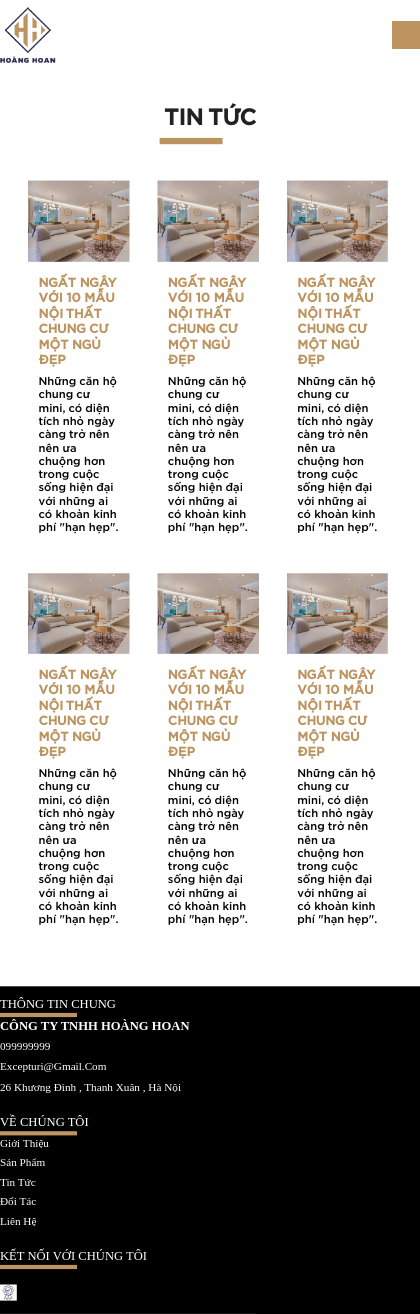
Repository: LDDUNG2003/front_end
Page: news.html
The author's editor kept a copy of each file at every save. The page is drawn from the files as they stood at one save, then again after the next save.
The browser window is 600 px wide. The pictures show the part of the page from y = 0 to 2240 px (the page is 1877 px tall before and 4362 px after), at 70% of full size.

Above is the page before, as saved 2023-08-29 21:45:17.

### news.html
<!DOCTYPE html>
<html lang="en">

<head>
    <meta charset="UTF-8">
    <meta name="viewport" content="width=device-width, initial-scale=1.0">
    <title>Document</title>
    <link rel="stylesheet" href="./public/css/base.css">
    <link rel="stylesheet" href="./public/css/news.css">
    <link rel="stylesheet" href="./public/css/responsive.css">

</head>

<body>
    <div class="mail">
        <div class="header">
            <div class="navBar">
                <div class="logo--block">
                    <img src="./public/img/logo.png" alt="logo" class="logo">
                    <button class="menu-mobile" id="mobileMenu"><i class="fas fa-bars" style="color: #fff;" ></i></button>
                </div>
                <ul class="navBar__list">
                    <li class="navBar__list-item"><a href="" class="navBar__list--link">trang chủ</a></li>
                    <li class="navBar__list-item">
                        <a href="" class="navBar__list--link">giới thiệu</a>
                    </li>
                    <li class="navBar__list-item">
                        <a href="" class="navBar__list--link">sản phẩm</a>
                    </li>
                    <li class="navBar__list-item">
                        <a href="" class="navBar__list--link">đối tác</a>
                    </li>
                    <li class="navBar__list-item">
                        <a href="" class="navBar__list--link">tin tức</a>
                    </li>
                    <li class="navBar__list-item">
                        <a href="" class="navBar__list--link">liên hệ</a>
                    </li>
                </ul>
            </div>
        </div>
        <div class="news--contet">
            <h2 class="content--title">tin tức</h2>
            <ul class="news--content-list">
                <li class="news--content-item">
                    <img src="./public/img/news/tintuc-1.jpg" alt="" class="news--item-img">
                    <div class="news--item-contain">
                        <h4 class="news--contain-heading">Ngất ngây với 10 mẫu nội thất chung cư một ngủ đẹp</h4>
                        <p class="news--contain-text">Những căn hộ chung cư mini, có diện tích nhỏ ngày càng trở nên nên ưa chuộng hơn trong cuộc sống hiện đại với những ai có khoản kinh phí "hạn hẹp".</p>
                    </div>
                </li>
                <li class="news--content-item">
                    <img src="./public/img/news/tintuc-1.jpg" alt="" class="news--item-img">
                    <div class="news--item-contain">
                        <h4 class="news--contain-heading">Ngất ngây với 10 mẫu nội thất chung cư một ngủ đẹp</h4>
                        <p class="news--contain-text">Những căn hộ chung cư mini, có diện tích nhỏ ngày càng trở nên nên ưa chuộng hơn trong cuộc sống hiện đại với những ai có khoản kinh phí "hạn hẹp".</p>
                    </div>
                </li>
                <li class="news--content-item">
                    <img src="./public/img/news/tintuc-1.jpg" alt="" class="news--item-img">
                    <div class="news--item-contain">
                        <h4 class="news--contain-heading">Ngất ngây với 10 mẫu nội thất chung cư một ngủ đẹp</h4>
                        <p class="news--contain-text">Những căn hộ chung cư mini, có diện tích nhỏ ngày càng trở nên nên ưa chuộng hơn trong cuộc sống hiện đại với những ai có khoản kinh phí "hạn hẹp".</p>
                    </div>
                </li>
                <li class="news--content-item">
                    <img src="./public/img/news/tintuc-1.jpg" alt="" class="news--item-img">
                    <div class="news--item-contain">
                        <h4 class="news--contain-heading">Ngất ngây với 10 mẫu nội thất chung cư một ngủ đẹp</h4>
                        <p class="news--contain-text">Những căn hộ chung cư mini, có diện tích nhỏ ngày càng trở nên nên ưa chuộng hơn trong cuộc sống hiện đại với những ai có khoản kinh phí "hạn hẹp".</p>
                    </div>
                </li>
                <li class="news--content-item">
                    <img src="./public/img/news/tintuc-1.jpg" alt="" class="news--item-img">
                    <div class="news--item-contain">
                        <h4 class="news--contain-heading">Ngất ngây với 10 mẫu nội thất chung cư một ngủ đẹp</h4>
                        <p class="news--contain-text">Những căn hộ chung cư mini, có diện tích nhỏ ngày càng trở nên nên ưa chuộng hơn trong cuộc sống hiện đại với những ai có khoản kinh phí "hạn hẹp".</p>
                    </div>
                </li>
                <li class="news--content-item">
                    <img src="./public/img/news/tintuc-1.jpg" alt="" class="news--item-img">
                    <div class="news--item-contain">
                        <h4 class="news--contain-heading">Ngất ngây với 10 mẫu nội thất chung cư một ngủ đẹp</h4>
                        <p class="news--contain-text">Những căn hộ chung cư mini, có diện tích nhỏ ngày càng trở nên nên ưa chuộng hơn trong cuộc sống hiện đại với những ai có khoản kinh phí "hạn hẹp".</p>
                    </div>
                </li>
            </ul>
        </div>
        <div class="footer ">
            <div class="footer__lable">
                <ul class="footer--list">
                    <li class="footer--list-item">
                        <h3 class="footer--list-heading">
                            thông tin chung
                        </h3>
                    </li>
                    <li class="footer--list-item footer--inheri">công ty tnhh hoàng hoan</li>
                    <li class="footer--list-item"><i class="fa-solid fa-phone" style="color: #ffffff;"></i>099999999</li>
                    <li class="footer--list-item"><i class="fa-regular fa-envelope" style="color: #ffffff;"></i>excepturi@gmail.com
                    </li>
                    <li class="footer--list-item"><i class="fa-solid fa-location-dot fa-beat" style="color: #ffffff;"></i>26 khương đình , thanh xuân , hà nội</li>
                </ul>
                <ul class="footer--list">
                    <li class="footer--list-item">
                        <h3 class="footer--list-heading">về chúng tôi</h3>
                    </li>
                    <li class="footer--list-item">giới thiệu</li>
                    <li class="footer--list-item">sản phẩm</li>
                    <li class="footer--list-item">tin tức</li>
                    <li class="footer--list-item">đối tác</li>
                    <li class="footer--list-item">liên hệ</li>
                </ul>
                <ul class="footer--list">
                    <li class="footer--list-item">
                        <h3 class="footer--list-heading">kết nối với chúng tôi</h3>
                    </li>
                    <li class="footer--list-item">
                        <ul class="footer--list-contact">
                            <li class="fooder--list-contact-item"><i class="fa-brands fa-square-facebook" style="color: #ffffff;"></i></li>
                            <li class="fooder--list-contact-item"><i class="fa-brands fa-instagram" style="color: #ffffff;"></i>
                            </li>
                            <li class="fooder--list-contact-item"><i class="fa-regular fa-envelope" style="color: #fcfcfd;"></i>
                            </li>
                        </ul>
                    </li>
                    <li class="footer--list-item"><img style="height: 23px;" src="./style/image/ve-chung-toi/chat-luong.jpg" alt=""></li>
                </ul>
            </div>
        </div>
        <script src="./public/js/index.js" crossorigin="anonymous"></script>
    </div>
</body>

</html>

### public/css/base.css
* {
    padding: 0px;
    margin: 0px;
    font-family: "gotham-family";
}

:root {
    --primary-color: #bd945f;
    --text-color: #222222;
}


/* font setting */

@font-face {
    font-family: "gotham-family";
    src: url(../front/Gotham-Medium.otf);
}

.main {
    width: 100%;
}

.header {
    padding: 10px 0px;
    margin: auto;
    width: 100%;
    max-width: 1200px;
}

.navBar {
    display: flex;
    width: 100%;
    justify-content: space-between;
}

.logo {
    height: 80px;
}

.navBar__list {
    display: flex;
    list-style: none;
    align-items: center;
}

.navBar__list-item {
    margin: 0 10px;
}

.navBar__list--link {
    text-transform: uppercase;
    font-size: 16px;
    color: var(--text-color);
    text-decoration: none;
}

.featured--content {}

.featured-name {
    font-size: 18px;
    text-transform: capitalize;
}

.evaluate--list {
    list-style: none;
    display: flex;
    justify-content: center;
}

.evaluate--list li {
    padding: 5px;
    margin: 0;
}

.note-product {}

.content--title {
    font-size: 32px;
    padding: 50px 0px;
    text-align: center;
    position: relative;
    text-transform: uppercase;
}

.content--title::before {
    content: '';
    background-color: var(--primary-color);
    width: 90px;
    height: 9px;
    position: absolute;
    top: 70%;
    right: 47%;
}

.price-product {
    padding: 7px 0px;
    font-weight: 800;
    font-size: 16px;
}

.slick-prev:before,
.slick-next:before {
    color: var(--primary-color);
    width: 15px;
}

.footer {
    background-color: black;
}

.footer__lable {
    max-width: 1200px;
    margin: auto;
    display: flex;
    width: 100%;
    justify-content: space-around;
    color: #fff;
    justify-content: space-between;
}

.footer--list {
    list-style: none;
    width: 32%;
}

.footer--list-item {
    font-size: 16px;
    padding-top: 8px;
    text-transform: capitalize;
    font-family: initial;
}

.footer--list-heading {
    font-size: 18px;
    font-weight: 300;
    text-transform: uppercase;
    position: relative;
    padding-bottom: 0px;
    font-family: 'Gotham-Medium';
}

.footer--list-heading::after {
    content: '';
    background-color: var(--primary-color);
    width: 110px;
    padding-top: 6px;
    position: absolute;
    left: 0px;
    bottom: -8px;
}

.footer--inheri {
    text-transform: uppercase;
    font-weight: 600;
    font-size: 18px;
}

.footer--list-contact {
    display: flex;
    list-style: none;
}

.fooder--list-contact-item {
    width: 16px;
    padding: 5px;
}

### public/css/news.css
.news--contet {
    width: 100%;
    max-width: 1200px;
    margin: auto;
    padding-bottom: 50px;
}

.news--content-list {
    display: flex;
    flex-wrap: wrap;
    list-style: none;
}

.news--content-item {
    width: 33%;
    padding: 20px;
    box-sizing: border-box;
}

.news--item-img {
    width: 100%;
}

.news--item-contain {
    margin: 15px;
}

.news--contain-heading {
    font-size: 18px;
    color: var(--primary-color);
    text-transform: uppercase;
}

.news--contain-text {
    padding: 10px 0px 0px 0px;
    font-size: 16px;
}

### public/css/responsive.css
@media (min-width:767px) {
    #mobileMenu {
        display: none;
    }
}

@media (max-width: 767px) {
    #mobileMenu {
        display: block;
    }
    .logo--block {
        width: 100%;
        display: flex;
        align-items: center;
        justify-content: space-between;
    }
    .navBar {
        display: block;
        height: auto;
    }
    .menu-mobile {
        width: 40px;
        height: 40px;
        padding: 10px;
        border: 0px;
        background-color: var(--primary-color);
    }
    .navBar__list {
        display: none;
        width: 100%;
    }
    .navBar__list-item {
        padding: 4px;
        border-bottom: 2px solid #ccc;
    }
    .content__focut {
        position: static;
    }
    .focut--item {
        width: 50%;
    }
    .content__banner {
        width: 100%;
    }
    .banner--content {
        display: none;
    }
    .slick-prev:before,
    .slick-next:before {
        display: none;
    }
    .about--background {
        display: none;
    }
    .about__us-bag {
        position: static;
    }
    .about--block {
        display: block;
    }
    .about--content {
        width: 100%;
        color: var(--text-color);
    }
    .about--content img {
        width: 100%;
    }
    .content--title {
        color: var(--text-color);
    }
    .news--contain {
        display: block;
    }
    .mobile-display {
        display: none;
    }
    .news--contain--item {
        width: 100%;
    }
    .news--list-item {
        width: 100%;
        overflow: hidden;
    }
    .news--list-item img {
        height: 100%;
    }
    .partner--list {
        flex-wrap: wrap;
    }
    .partner--item {
        width: 50%;
    }
    .content--contact {
        display: none;
    }
    .footer__lable {
        display: block;
    }
    .footer--list {
        width: 100%;
        padding: 10px 0px;
    }
    .footer--list-item {
        width: 100%;
        padding: 5px 0px;
    }
    /* news responsive */
    .news--content-list {
        margin: 0px 20px;
    }
    .news--contain-item {
        width: 100%;
    }
}

### public/js/index.js
var mobile = document.getElementById("mobileMenu");
var navBar__list = document.getElementsByClassName("navBar__list")[0]
mobile.addEventListener("click", function() {
    if (navBar__list.style.display === "block") {
        navBar__list.style.display = null;
    } else {
        navBar__list.style.display = "block";
    }
});

After the next save:
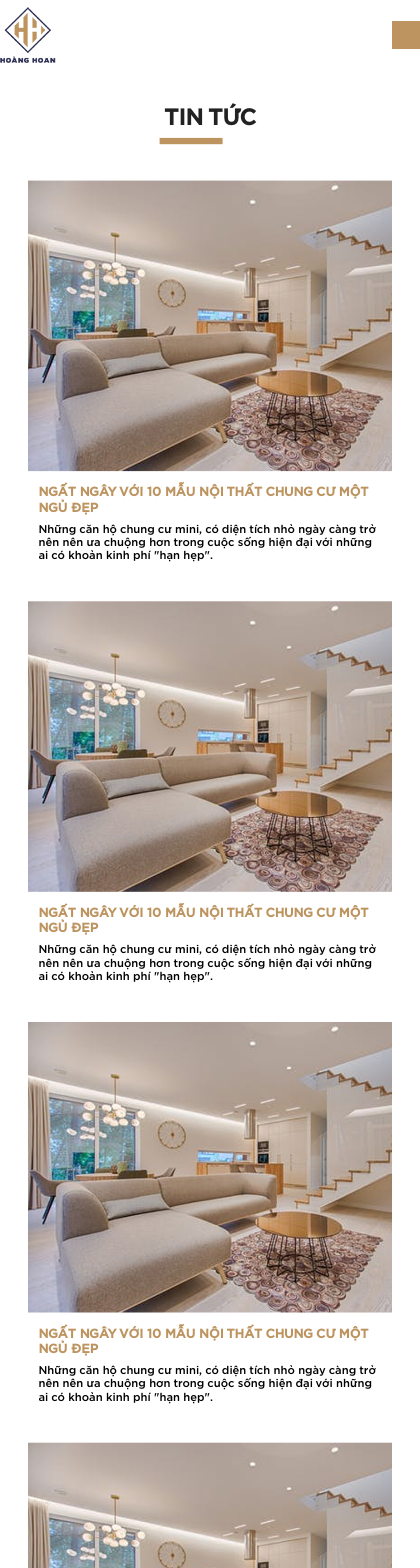
Saved 38 s later.
--- a/public/css/responsive.css
+++ b/public/css/responsive.css
@@ -108,7 +108,7 @@
     .news--content-list {
         margin: 0px 20px;
     }
-    .news--contain-item {
+    .news--content-item {
         width: 100%;
     }
 }
